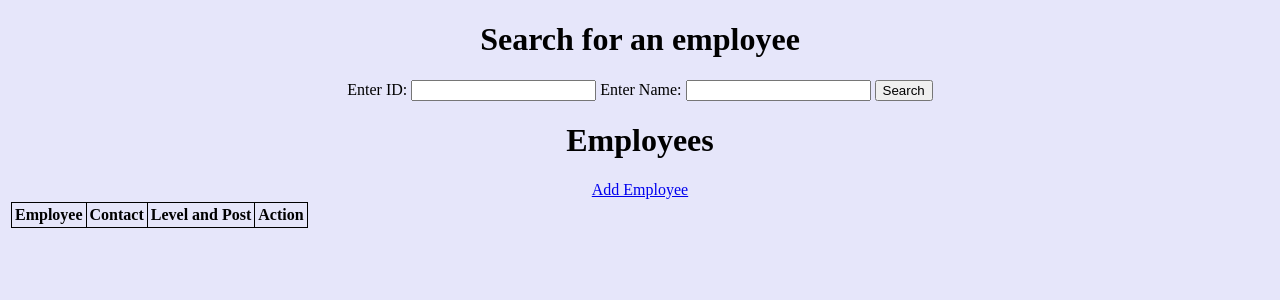
Repository: P9-Analyst-Java/employee-management-abhishekdatta12
Page: http://localhost/spring-expense-tracker/WEB-INF/views/home.jsp
These files come from the project's save history. The page is drawn as it stood at one moment and after the next save; the edit follows.
The browser window is 1280 px wide. The pictures show the whole page.
The page is served by Tomcat 9. Nobody is signed in. Other server files are loaded and not shown. The template is opened directly, without the code that normally fills it, so the values that code supplies are empty.

Above is the page before, as saved 2023-02-21 05:14:29.

### spring-portal/spring-expense-tracker/src/main/webapp/WEB-INF/views/home.jsp
<%@ page language="java" isELIgnored="false" contentType="text/html; charset=ISO-8859-1"
    pageEncoding="UTF-8"%>
<%@ taglib prefix="c" uri="http://java.sun.com/jsp/jstl/core"%>
<%@ taglib prefix="form" uri="http://www.springframework.org/tags/form" %>
<c:set var="contextRoot" value="${pageContext.request.contextPath}"/>
<!DOCTYPE html>
<html>
<head>
<style type="text/css">
body{
	text-align: center;
	background-color: lavender;
}
div{
	text-align: center;
	align-items: center;
	align-content: center;
}
table, th, td{
	text-align: center;
	border: 1px solid;
	border-collapse: collapse;
	padding: 3px;
	margin: 3px;
	align-items: center;
}
</style>
<meta charset="ISO-8859-1">
<title>Home</title>
</head>
<body>
	<h1>Search for an employee</h1>

	<form action="${contextRoot}/search" method="post">
	Enter ID: <input  name="id"/>
	Enter Name: <input name="name"/>
	<button type="submit">Search</button>
	</form>

	<h1>Employees</h1>
	<div>
	<a href="${contextRoot}/employee">Add Employee</a>
	<table>
	<tr>
	<th>Employee</th>
	<th>Contact</th>
	<th>Level and Post</th>
	<th>Action</th>
	<!-- <th>Last Name</th>
	<th>Gender</th>
	<th>Date Of Birth</th>
	<th>PAN Card Number</th>
	<th>Aadhaar Number</th>
	<th>Mobile Number</th>
	<th>Email ID</th>
	<th>Office Mail</th>
	<th>Permanent Address</th>
	<th>Present Address</th>
	<th>Blood Group</th>
	<th>Profile Picture</th>
	<th>Date of Joining</th>
	<th>Employee Level</th>
	<th>Post Name</th>
	<th>Basic Pay</th>
	<th>House Allowance</th>
	<th>Edit</th>
	<th>Delete</th>-->
	</tr>
	<c:forEach var="employee" items="${employees}">
		<tr>
			<td>${employee.firstName}&nbsp;${employee.lastName}<br/>#${employee.id}</td>

			<td>${employee.mobileNum}<br/>${employee.emailId}</td>

			<td>${employee.empLevel}/<br/>${employee.postName}</td>

			<td><a href="">Employments</a>/<a href="${contextRoot}/employee/${employee.id}">Edit</a>/<a href="${contextRoot}/${employee.id}">Delete</a></td>
			<!-- <td>${employee.id}</td>
			<td>${employee.firstName}</td>
			<td>${employee.lastName}</td>
			<td>${employee.gender}</td>
			<td>${employee.dob}</td>
			<td>${employee.panNum}</td>
			<td>${employee.aadhaarNum}</td>
			<td>${employee.mobileNum}</td>
			<td>${employee.emailId}</td>
			<td>${employee.officeMail}</td>
			<td>${employee.permanentAddress}</td>
			<td>${employee.presentAddress}</td>
			<td>${employee.bloodGroup}</td>
			<td>${employee.profilePict}</td>
			<td>${employee.doj}</td>
			<td>${employee.empLevel}</td>
			<td>${employee.postName}</td>
			<td>${employee.basicPay}</td>
			<td>${employee.houseAllowance}</td>
			<td><a href="${contextRoot}/employee/${employee.id}">Edit</a></td>
			<td><a href="${contextRoot}/${employee.id}">Delete</a></td>-->
		</tr>
	</c:forEach>
	</table>
	</div>
</body>
</html>

After the next save:
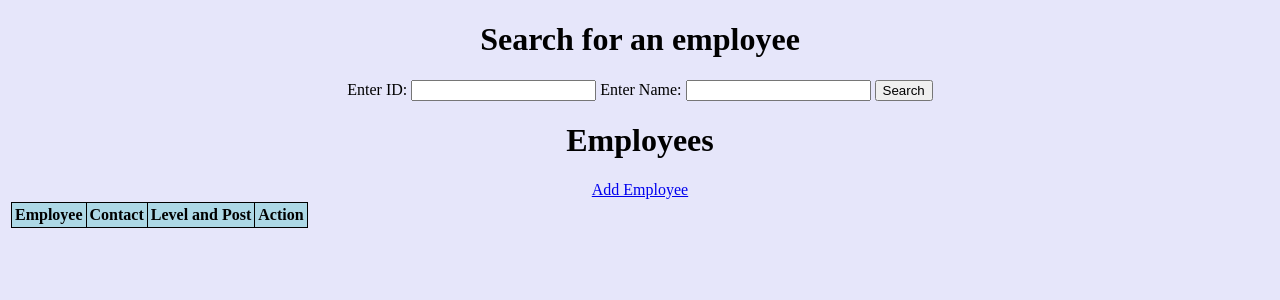
Saved 18 s later.
--- a/spring-portal/spring-expense-tracker/src/main/webapp/WEB-INF/views/home.jsp
+++ b/spring-portal/spring-expense-tracker/src/main/webapp/WEB-INF/views/home.jsp
@@ -17,6 +17,7 @@
 	align-content: center;
 }
 table, th, td{
+	background-color: lightblue;
 	text-align: center;
 	border: 1px solid;
 	border-collapse: collapse;

After the save that followed:
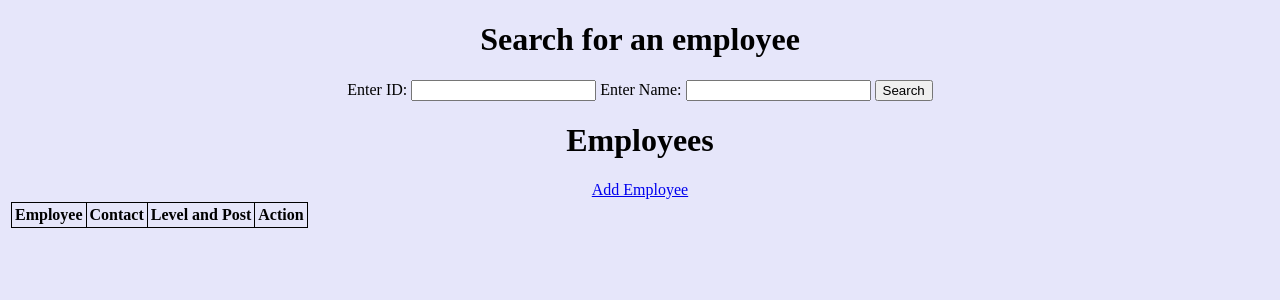
Saved 11 s later.
--- a/spring-portal/spring-expense-tracker/src/main/webapp/WEB-INF/views/home.jsp
+++ b/spring-portal/spring-expense-tracker/src/main/webapp/WEB-INF/views/home.jsp
@@ -17,7 +17,7 @@
 	align-content: center;
 }
 table, th, td{
-	background-color: lightblue;
+	background-color: babyblue;
 	text-align: center;
 	border: 1px solid;
 	border-collapse: collapse;
